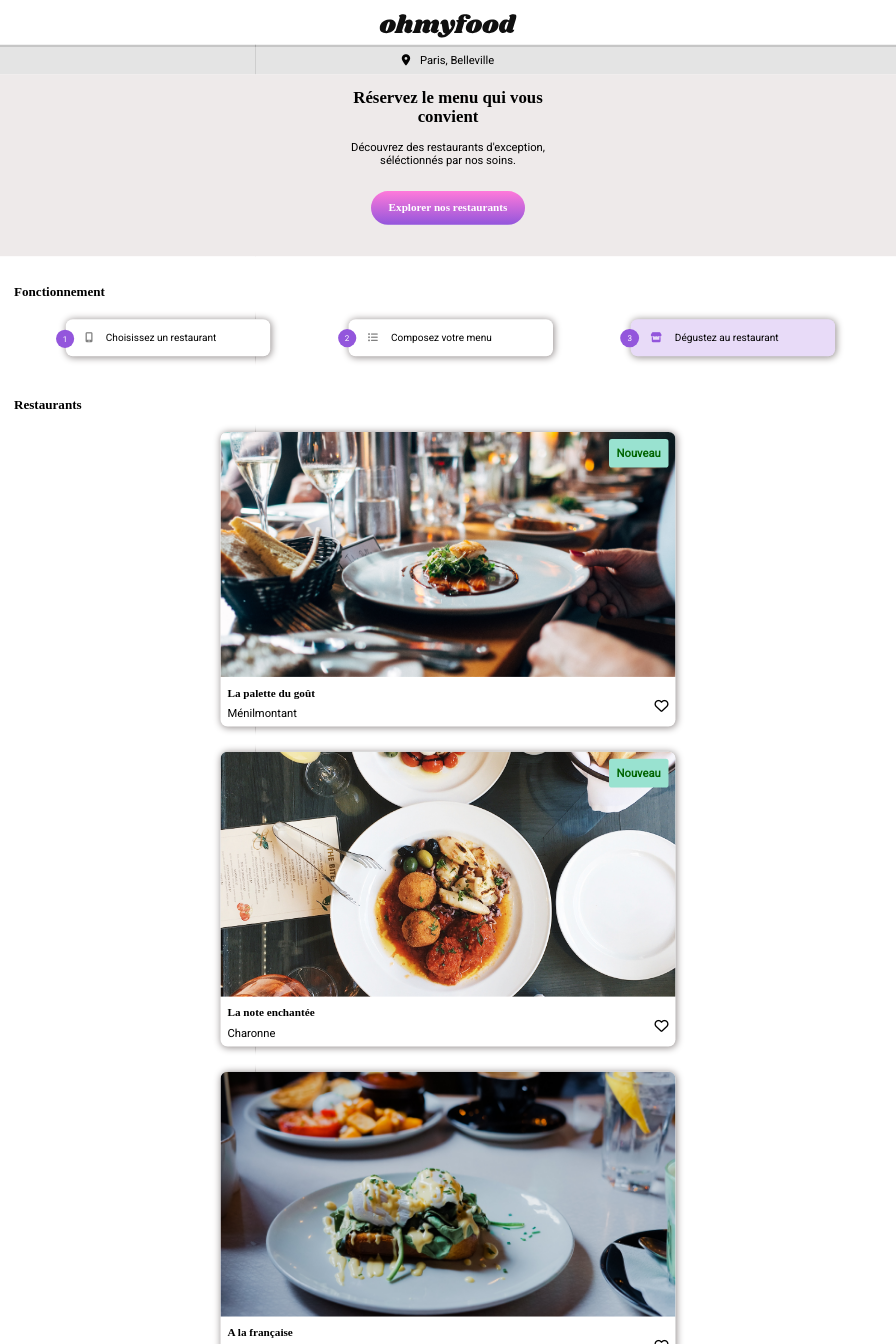
Repository: Micka-17/boimickael_3_16042021
Page: index.html
These files come from the project's save history. The page is drawn as it stood at one moment and after the next save; the edit follows.
The browser window is 1280 px wide. The pictures show the part of the page from y = 0 to 1920 px (the page is 2618 px tall), at 70% of full size.
Some web fonts or font styles are not loaded; a fallback is used. Some web libraries are served in a nearby version. The style sheet was rebuilt from its Sass, Less or Tailwind sources for each picture, by a compiler version that may differ from the author's.

Above is the page before, as saved 2021-05-26 10:40:39.

### index.html
<!DOCTYPE html>
<html lang="en">
  <head>
    <meta charset="UTF-8" />
    <meta http-equiv="X-UA-Compatible" content="IE=edge" />
    <meta name="viewport" content="width=device-width, initial-scale=1.0" />
    <link rel="stylesheet" href="css/style.css" />
    <script
      src="https://kit.fontawesome.com/7f2b024bdc.js"
      crossorigin="anonymous"
    ></script>
    <title>OhMyFood</title>
  </head>
  <body>
    <div id="backgroundloader">
      <div id="loader"></div>
    </div>
    <header>
      <div id="logo">
        <img src="images/logo/ohmyfood@2x.svg" alt="OhMyFood" />
      </div>
    </header>
    <section id="sec-1">
      <div id="top">
        <div id="paris">
          <p><i class="fas fa-map-marker-alt icon"></i> Paris, Belleville</p>
        </div>
        <div id="reservation">
          <h2 id="center-top1">Réservez le menu qui vous convient</h2>
          <p id="center-top2">
            Découvrez des restaurants d'exception, séléctionnés par nos soins.
          </p>
          <a id="btn" href="#sec-3">Explorer nos restaurants</a>
        </div>
      </div>
    </section>
    <section id="sec-2">
      <div class="fonctionnement">
        <h3 class="h3s">Fonctionnement</h3>
        <ul class="bolder">
          <li>
            <i class="fas fa-mobile-alt icon-top"></i> Choisissez un restaurant
            <p id="number1">1</p>
          </li>
          <li>
            <i class="fas fa-list-ul icon-top"></i> Composez votre menu
            <p id="number2">2</p>
          </li>
          <li id="li-3">
            <i class="fas fa-store icon-top-purple"></i> Dégustez au restaurant
            <p id="number3">3</p>
          </li>
        </ul>
      </div>
    </section>
    <section id="sec-3">
      <h3 class="h3s">Restaurants</h3>
      <div class="choice">
        <a href="pages/la_palette_du_gout.html">
          <div class="card">
            <p class="nouveau">Nouveau</p>
            <img
              id="new"
              class="imga"
              src="images/restaurants/la_palette_du_gout.jpg"
              alt="la_palette_du_gout"
            />
            <div class="resto">
              <div>
                <h4>La palette du goût</h4>
                <p class="space">Ménilmontant</p>
              </div>
              <div class="loveclcik">
                <i class="far fa-heart love fa-lg"></i>
                <i class="fas fa-heart loves3"></i>
              </div>
            </div>
          </div>
        </a>
        <a href="pages/la_note_enchantee.html">
          <div class="card">
            <p class="nouveau">Nouveau</p>
            <img
              class="imga"
              src="images/restaurants/la_note_enchantee.jpg"
              alt="la_note_enchantee"
            />
            <div class="resto">
              <div>
                <h4>La note enchantée</h4>
                <p class="space">Charonne</p>
              </div>
              <div class="loveclcik">
                <i class="far fa-heart love fa-lg"></i>
                <i class="fas fa-heart loves3"></i>
              </div>
            </div>
          </div>
        </a>
        <a href="pages/a_la_francaise.html">
          <div class="card">
            <img
              class="imga"
              src="images/restaurants/a_la_française.jpg"
              alt="a_la_française"
            />
            <div class="resto">
              <div>
                <h4>A la française</h4>
                <p class="space">Cité Rouge</p>
              </div>
              <div class="loveclcik">
                <i class="far fa-heart love fa-lg"></i>
                <i class="fas fa-heart loves3"></i>
              </div>
            </div>
          </div>
        </a>
        <a href="pages/le_delice_des_sens.html">
          <div class="card">
            <img
              class="imga"
              src="images/restaurants/le_delice_des_sens.jpg"
              alt="le_delice_des_sens"
            />
            <div class="resto">
              <div>
                <h4>Le delice des sens</h4>
                <p class="space">Folie-Méricourt</p>
              </div>
              <div class="loveclcik">
                <i class="far fa-heart love fa-lg"></i>
                <i class="fas fa-heart loves3"></i>
              </div>
            </div>
          </div>
        </a>
      </div>
    </section>
    <section class="end">
      <footer>
        <div>
          <h3 id="logo-white">ohmyfood</h3>
          <div class="end-ul">
            <p>
              <i class="fas fa-utensils icon-footer"></i> Proposer un restaurant
            </p>
            <p>
              <i class="fas fa-hands-helping icon-footer"></i> Devenir
              partenaire
            </p>
            <p>Mentions légales</p>
            <a id="contact" href="mailto:contact@ohmyfood.com"
              ><p>Contact</p></a
            >
          </div>
        </div>
      </footer>
    </section>
  </body>
</html>

### sass/style.scss
@import "./directories/Utils/variables-mixin";
@import "./directories/Base/main.scss";



ul {
    font-family: 'Roboto', sans-serif;
    font-size: 0.9em;
    @media (min-width: 430px) {
        max-width: 450px;
    }
        @media (min-width: 1000px) {
            display: flex;
            min-width: 100%;
            justify-content: space-evenly;
        }
}

#backgroundloader {
    position: absolute;
    top: 0;
    left: 0;
    background-color: $color3;
    width: 100%;
    height: 100%;
    animation: loader2 3s;
    animation-fill-mode: both;
    animation-timing-function: step-end;
  }
#loader {
    position: absolute;
    height: 70px;
    top: 50%;
    right: 50%;
    bottom: 50%;
    left: 50%;
    width: 64px;
    height: 64px;
    border-radius: 50%;
    border: 6px solid rgb(255, 255, 255);
    border-color: $color1 transparent $color2 transparent;
    animation: dual-ring 0.8s infinite, loader 3s;
    animation-delay: 0.2s;
    animation-fill-mode: both;
  }

#contact {
    color: white;
}

.spacediv p {
    font-family: 'Roboto', sans-serif;
    text-overflow: ellipsis;
    overflow: hidden;
    white-space: nowrap;
}

#logo {
    display: flex;
    justify-content: center;
    margin-top: 20px;
    margin-bottom: 10px;
}

#paris {
    display: flex;
    justify-content: center;
    border-top: solid 3px rgba(128, 128, 128, 0.301);
    min-width: 321px;
    padding-top: 10px;
    padding-bottom: 10px;
    background-color: rgba(128, 128, 128, 0.212);
        .icon {
            margin-right: 10px;
        }
}

#reservation {
    display: flex;
    justify-content: center;
    flex-direction: column;
    place-items: center;
    background-color: rgb(238, 234, 234);
    padding-bottom: 45px;
        #btn {
            @include btn();
                &:hover {
                    filter: brightness(1.50);
                    box-shadow: 0px 0px 10px 15px gray;
                }
        }
}

#center-top1 {
    text-align: center;
    margin-top: 20px;
    max-width: 350px;
}

#center-top2 {
    margin-top: 20px;
    margin-bottom: 20px;
    text-align: center;
    max-width: 350px;
}


.icon-top {
    color: gray;
    margin-right: 15px;
    margin-left: 10px;
}

.icon-top-purple {
    color: $color1;
    margin-right: 15px;
    margin-left: 10px;
}

#li-3 {
    background-color: #9256dc36;
}

li { position: relative;
    background-color: #ffffff;
    border-radius: 10px;
    padding: 18px;
    margin: 18px;
    margin-left: 25px;
    box-shadow: 1px 1px 10px 1px rgb(151, 145, 145);
    min-width: 20%;
        #number1 {
            position: absolute;
            top: 15px;
            left: -14px;
            background-color: $color1;
            border-radius: 50px;
            padding: 6px 10px;
            font-size: 0.8em;
            color: white;
        }
            #number2 {
                position: absolute;
                top: 14px;
                left: -15px;
                background-color: $color1;
                border-radius: 50px;
                padding: 6px 10px;
                font-size: 0.8em;
                color: white;
            }
                #number3 {
                    position: absolute;
                    top: 14px;
                    left: -15px;
                    background-color: $color1;
                    border-radius: 50px;
                    padding: 6px 10px;
                    font-size: 0.8em;
                    color: white;
                }
}
.space {
    margin-top: 10px;
    margin-bottom: 10px;
}
.card {
    background-color: #ffffff;
    border-radius: 10px;
    padding: 0px;
    margin: 18px;
    box-shadow: 1px 1px 10px 1px rgb(151, 145, 145);
    max-width: 100%;
}
.imga {
    object-fit: cover;
    border-radius: 10px 10px 0px 0px;
    width: 650px;
    height: 350px;
        @media (max-width:900px) {
            max-width: 100%;
        }
            @media (max-width:500px) {
                max-width: 100%;
                height: 240px;
            }
                @media (max-width:380px) {
                    height: 220px;
                }
}
.card {
    position: relative;
}
.nouveau {
    position: absolute;
    padding: 0.7rem;
    border-radius: 0.25rem;
    color: darkgreen;
    font-weight: bold;
    right: 10px;
    top: 10px;
    background-color: #99e2d0;
}

.h3s {
    margin: 40px 0px 10px 20px;

}

.choice {
    display: flex;
    flex-direction: column;
    place-items: center;
    flex-wrap: wrap;
        .resto {
            display: flex;
            justify-content: space-between;
            align-items: center;
            margin: 10px;
        }
            @media (min-width: 630px) {
                flex-wrap: wrap;
                flex-direction: row;
                justify-content: center;
            }
                @media (min-width: 1350px) {
                    display: grid;
                    grid-template-rows: 50% 50%;
                    grid-template-columns: 50% 50%;
                }
}


footer {
    margin-top: 30px;
    padding: 10px;
    background-color: rgb(54, 54, 54);
    color: white;
        #logo-white {
            font-family: 'Shrikhand', cursive;
            font-weight: 300;
            margin-bottom: 15px;
            margin-left: 20px;
            margin-top: 10px;
        }
            li {
                background-color: transparent;
                border-radius: 0;
                padding: 5px;
                margin-left: 20px;
                box-shadow: none;
                display: flex;
                margin-top: 5px;
                margin-bottom: 5px;
            }
                .icon-footer {
                    max-width: 2px;
                    max-height: 2px;
                    margin-right: 25px;
                }
                    @media (min-width:1000px) {
                        padding: 40px;
                    }
}


//pages 2

.img-top {
    min-width: 100%;
    max-height: 510px;
}

.arrow {
    position: absolute;
    left: 20px;
    top: 30px;
    color: rgba(0, 0, 0, 0.801);
}
#margtitle {
    margin-left: 15px;
    max-width: 220px;
}
img {
    object-fit: cover;
}
.titlemargall {
    margin-top: 30px;
    margin-left: 15px;
    border-bottom: solid rgba(55, 224, 55, 0.541);
    max-width: 30px;
}
#middle {
    position: absolute;
    top: 240px;
    min-width: 100%;
    min-height: 980px;
    background-color: rgb(231, 229, 229);
    border-radius: 20px 20px 0px 0;
    padding-top: 30px;
     .entrees {
        @include centre();
        @include capsule();
     }
        .bold {
            font-weight: bold;
            font-size: 1em;
        }
        .bolder {
            font-weight: bold;
            font-size: 0.6m;
                @media (min-width: 1000px) {
                    margin: 15px;
                }
        }
            p {
                font-size: 0.7em;
            }
                .loves1 {
                    position: absolute;
                    right: 15px;
                    color: gray
                }
}

.loves2 {
    display: none;
    opacity: 0;
    background: linear-gradient(0deg,#9356dc,#ff79da);
    background-clip: text;
    -webkit-background-clip: text;
    -moz-background-clip: text;
    -webkit-text-fill-color: transparent;
    position: absolute;
    right: 15px;
}
#margtitle:hover .loves2 {
    animation: fadeout;
    opacity: 1;
    animation-duration: .5s;
    display: inline-block;
    justify-content: center;
}

.loves3 {
    display: none;
    opacity: 0;
    background: linear-gradient(0deg,#9356dc,#ff79da);
    background-clip: text;
    -webkit-background-clip: text;
    -moz-background-clip: text;
    -webkit-text-fill-color: transparent;
    position: absolute;
    right: 9px;
    bottom: 18px;
}
.loveclcik:hover .loves3 {
    animation: fadeout2;
    opacity: 1;
    animation-duration: .5s;
    display: inline-block;
    justify-content: center;
    font-size: 1.5em;
}

#entrees {
    animation: slideup 1s;
    animation-duration: 1s;
}
#plats {
    animation: slideup 1s;
    animation-duration: 5s;
}
#desserts {
    animation: slideup 1s;
    animation-duration: 8s;
}


.entrees, .plats, .desserts {
    cursor: pointer;
        @media (max-width:321px) {
            width: 300px;
        }
        @media (max-width:378px) {
            max-width: 100%;
        }
        @media (max-width:414px) {
            max-width: 100%;
        }
        @media (min-width: 1000px) {
            min-height: 90px;
            width: 100%;
        }
}

.spacediv {
    width: 100%;
    overflow: hidden;
    @include spacediv();
        @media (min-width: 1000px) {
            justify-content: space-evenly;
        }
}
.plats {
    @include capsule();
    @include centre();
}
.desserts {
    @include capsule();
    @include centre();
}

.responsive {
    @media (min-width: 1000px) {
        display: flex;
        justify-content: center;
    }
}

.responsive-entrees {
    @media (min-width: 1000px) {
        display: flex;
        justify-content: center;
    }
}

#btnp2 {
    @include btn();
    margin-top: 40px;
        &:hover {
            filter: brightness(1.50);
            box-shadow: 0px 0px 10px 15px gray;
        }
         @media (min-width: 1000px) {
            margin-top: 150px;
         }
}

#placement-btn {
    display: flex;
    justify-content: center;
    place-items: center;
}

.end1 {
    position: absolute;
    top: 1151px;
    min-width: 100%;
}

.end {
    position: absolute;
    min-width: 100%;
}

.end-ul {
        @media (min-width: 430px) {
        max-width: 450px;
    }
        @media (min-width: 1000px) {
            display: flex;
            min-width: 100%;
            flex-direction: row;
            justify-content: space-evenly;
        }
}

.end-ul p {
    margin: 8px;
    margin-left: 20px;
}

//page la note enchantee

 .align-price{
    display: flex;
    align-items: flex-end;
    margin-bottom: 8px;
    margin-right: 8px;
}

.check {
    width: 0px;
    transition-duration: 1s;
    font-size: 1.5em;
     & i {
        display: none;
        place-items: center;
        color: white;
     }
}

.entrees:hover .check {
    width: 90px;
    height: 51px;
    background-color: $color3;
    display: flex;
    justify-content: center;
    border-radius: 0 20% 20% 0;
        @media (max-width: 1000px) {
            width: 65px;
        }
            & .rotation {
                display: flex;
                place-items: center;
            }
                & .rond {
                    display: flex;
                    place-items: center;
                    transform-origin: center;
                    animation: spin;
                    animation-duration: 1s;
                }
                    @media (min-width: 1000px) {
                        height: 90px;
                        border-radius: 0 10% 10% 0;
                    }
}


.plats:hover .check {
    width: 90px;
    height: 51px;
    background-color: $color3;
    display: flex;
    justify-content: center;
    border-radius: 0 20% 20% 0;
        @media (max-width: 1000px) {
            width: 65px;
        }
            & .rotation {
                display: flex;
                place-items: center;
            }
                & .rond {
                    display: flex;
                    place-items: center;
                    transform-origin: center;
                    animation: spin;
                    animation-duration: 1s;
                }
                    @media (min-width: 1000px) {
                        height: 90px;
                        border-radius: 0 10% 10% 0;
                    }
}

.desserts:hover .check {
    width: 90px;
    height: 51px;
    background-color: $color3;
    display: flex;
    justify-content: center;
    border-radius: 0 20% 20% 0;
        @media (max-width: 1000px) {
            width: 65px;
        }
            & .rotation {
                display: flex;
                place-items: center;
            }
                & .rond {
                    display: flex;
                    place-items: center;
                    transform-origin: center;
                    animation: spin;
                    animation-duration: 1s;
                }
                    @media (min-width: 1000px) {
                        height: 90px;
                        border-radius: 0 10% 10% 0;
                    }
}

### sass/directories/Utils/_variables-mixin.scss
$color1: #9356DC;
$color2: #FF79DA;
$color3: #99E2D0;

@mixin centre {
    display: flex;
    justify-content: space-between;
}

@mixin capsule {
    background-color: whitesmoke;
    border-radius: 10px;
    box-shadow: 1px 1px 10px 1px rgb(226, 226, 226);
    margin: 10px;
    overflow: hidden;
}
 @mixin spacediv {
    min-height: 35px;
    display: flex;
    flex-direction: column;
    justify-content: space-between;
    padding: 8px;
 }
@mixin btn {
    background: linear-gradient($color2, $color1);
    border-radius: 50px;
    border: none;
    box-shadow: gray;
    color: white;
    font-weight: bold;
    max-width: 200px;
    min-width: 200px;
    margin-top: 15px;
    padding: 15px 10px;
    text-align: center;
    text-decoration: none
}

@keyframes fadein {
    from {
        transform: scaleX(0);
    }

    to {
        transform: scaleX(1);
    }
}

@keyframes fadeout {
    from {
        transform: scaleY(0);
    }

    to {
        transform: scaleY(1);
    }
}
@keyframes fadeout2 {
    from {
        transform: scale(0);
    }

    to {
        transform: scale(1.5);
    }
}

@keyframes spin {
    from {
        transform: rotate(0deg);
    } to {
        transform: rotate(360deg);
    }
}

@keyframes slideup {
    from {
        transform: translateY(50px);
        opacity: 0;
    }
    to {
        transform: translateY(0px);
        opacity: 1;
    }
}


 @keyframes dual-ring {
    0% {
      transform: rotate(0deg);
      opacity: 100%;
    }
    50% {
        transform: rotate(180deg);
        opacity: 10%;
      }
    100% {
      transform: rotate(360deg);
      opacity: 100%;
    }
  }

@keyframes loader {
    0% {
    opacity: 100%;
    }
    99% {
        opacity: 100%;
    }
    100% {
        opacity: 100%;
    }
}

@keyframes loader2 {
    0% {
    opacity: 100%;
    z-index: 9999;
    }
    99% {
        opacity: 0;
        z-index: -1000;
    }
    100% {
        opacity: 0;
        z-index: -1000;
    }
}

### sass/directories/Base/main.scss
@import url('https://fonts.googleapis.com/css2?family=Roboto&family=Shrikhand&display=swap');

* {
    margin: 0;
    padding: 0;
    text-decoration: none;
    list-style-type: none;
}
#margtitle {
    font-family: Shrikhand;
    font-weight: 100;
    font-size: 1.2em;
}
p {
    font-family: 'Roboto', sans-serif;
}
a {
    text-decoration: none;
    list-style: none;
    color: rgb(0, 0, 0);
}

After the next save:
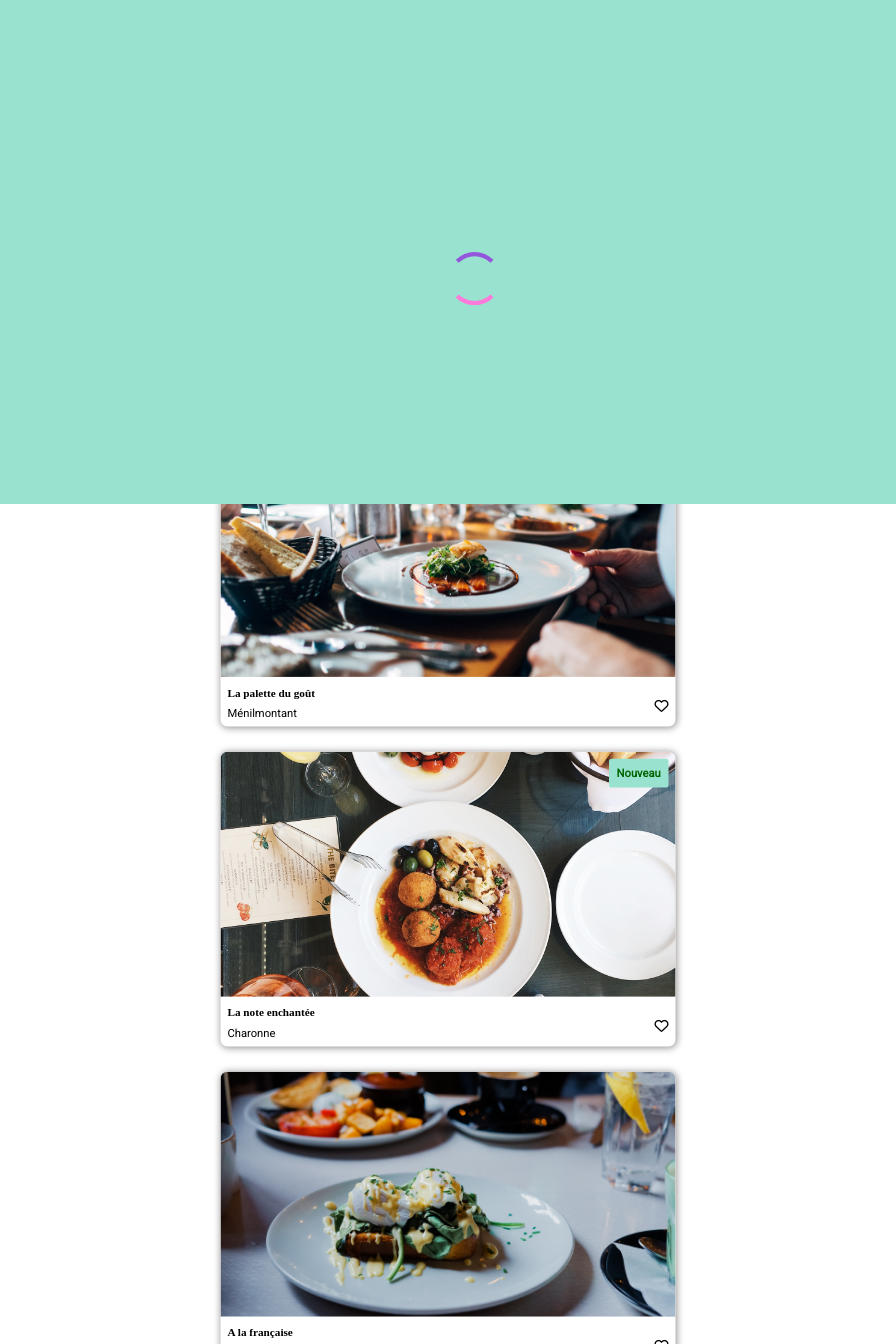
Saved 2 min 4 s later.
--- a/sass/style.scss
+++ b/sass/style.scss
@@ -23,7 +23,7 @@ ul {
     background-color: $color3;
     width: 100%;
     height: 100%;
-    animation: loader2 3s;
+    animation: loader2 33s;
     animation-fill-mode: both;
     animation-timing-function: step-end;
   }
